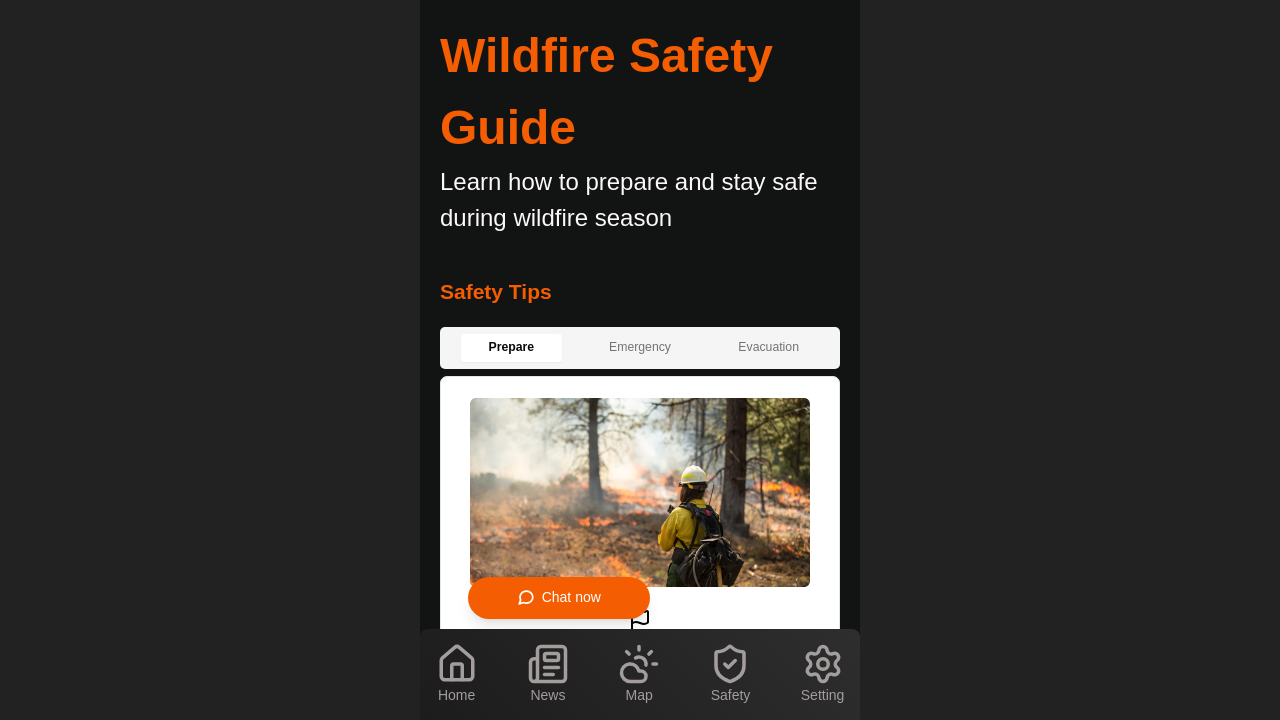
Repository: BCITKevin/Flare_IDSP
Page: /safety
The author's editor kept a copy of each file at every save. The page is drawn from the files as they stood at one save, then again after the next save.
The browser window is 1280 px wide. The pictures show the whole page.
An inner scrolling area shows only its first screen. Some web fonts or font styles are not loaded; a fallback is used. The project was rebuilt for these pictures with package versions that can differ from the ones it lists, and the page was loaded fresh each time. The framework's server and built-in components were replaced by stand-ins that run in the browser. Also part of the build but not shown: next.config.js, next.config.mjs.

Above is the page before, as saved 2024-11-30 07:08:04.

### src/app/layout.tsx
import type { Metadata } from "next";
import Script from 'next/script';
import "./globals.css";
import { BrowserRouter } from "react-router-dom";

export const metadata: Metadata = {
  title: "Flare",
  description: "Flare is disaster response platform.",
  manifest: "/manifest.json",
};

export default function RootLayout({
  children,
}: Readonly<{
  children: React.ReactNode;
}>) {
  return (
    <html lang="en">
        <head>
          <link rel="manifest" href="/manifest.json" />
          <link rel="icon" href="/favicon.ico" />
          <link rel="apple-touch-icon" href="/images/logo-192x192.png" />
          <link
            rel="stylesheet"
            href="https://cdnjs.cloudflare.com/ajax/libs/leaflet/1.9.4/leaflet.min.css"
            crossOrigin=""
          />
        </head>
        <body
          className={`antialiased`}
        >
          {children}
          <Script
            src="https://cdnjs.cloudflare.com/ajax/libs/leaflet/1.9.4/leaflet.min.js"
            strategy="beforeInteractive"
            crossOrigin=""
          />
        </body>
    </html>
  );
}

### src/app/safety/page.tsx
'use client';

import { Tabs, TabsContent, TabsList, TabsTrigger } from "@/components/ui/tabs";
import {
    Card,
    CardContent,
    // CardDescription,
    // CardFooter,
    CardHeader,
    // CardTitle,
} from "@/components/ui/card"
import styles from "./safety.module.css"
import { Backpack, Map, Flag } from "lucide-react";
import prepareHero from "../public/images/prepareHero.png"
import evacHero from "../public/images/EvacHero.png"
import emergencyHero from "../public/images/EmergencyHero.png"
import BottomNavBar from "@/components/BottomNavBar/BottomNavBar";
import React from "react";

import { useState } from "react";
import Image from "next/image";

type Message = {
    text: string;
    sender: string;
};

// Card can be reformatted into a reusable component

export default function Safety() {
    const [showChat, setShowChat] = useState(false);
    const [activeTab, setActiveTab] = useState('Prepare');
    const [prevMsg, setMsg] = useState<Message[]>([
        { text: "Hello! Is there anything about wildfires I could help you with today?", sender: 'bot' },
    ]);


    async function handleSubmit(e: React.FormEvent<HTMLFormElement>) {
        e.preventDefault()

        try {
            const message = (document.querySelector('#message') as HTMLInputElement)?.value;
            (document.querySelector('#message') as HTMLInputElement).value = '';

            console.log(message);
            setMsg((prevMsg) => [...prevMsg, { text: message, sender: 'user' }]);

            const res = await fetch('/api/safety', {
                method: 'POST',
                headers: {
                    'Content-Type': 'application/json',
                },
                body: JSON.stringify({ message }),
            });

            if (!res.ok) {
                console.error();
                throw new Error('OOPS, SOMETHIN WRONG WITH BOT');
            }
            const data = await res.json();

            const botResponse = data.chat.content || "Sorry, I can't process your request. Please try again";

            setMsg((prevMsg) => [...prevMsg, { text: botResponse, sender: 'bot' }]);

            console.log('from gpt: ', botResponse);
        }
        catch (err) {
            console.error(err);
        }
    }

    const prepareText = `
    <strong>Stay informed:</strong> It’s crucial to stay updated on emergency alerts and evacuation orders issued by local authorities. Regularly check with Flare and turn on notifications and stay updated with the news. These alerts provide critical information about wildfire locations, safe zones, and road closures.
    <br><br>
    <strong>Assemble an emergency kit:</strong> Include:
    <ul>
        <li>- First aid supplies, such as bandages, antiseptics, and pain relievers.</li>
        <li>- Enough non-perishable food and water to sustain your household for at least 3 days.</li>
        <li>- Flashlights with spare batteries, a multi-tool, a whistle for signaling, and a fire extinguisher.</li>
        <li>- Personal hygiene items, blankets, and clothing suitable for various weather conditions.</li>
    </ul>
    <br>
    <strong>Follow evacuation routes:</strong> Use the safest, predefined routes recommended by local authorities. Avoid unfamiliar roads that could be blocked or unsafe. Always have a physical map in case of GPS or mobile network failure.
    <br><br>
    <strong>Leave as early as possible:</strong> Don’t wait until the last moment to evacuate. Early action reduces risks and allows emergency responders to focus on critical areas. Traffic congestion and panic during last-minute evacuations can pose additional dangers.
    <br><br>
    <strong>Assist neighbors if possible:</strong> Check on those in your community who may need help, especially the elderly, people with disabilities, or families without transportation. Offer support by carpooling or sharing resources.
    <br><br>
    <strong>Keep your vehicle ready:</strong> Ensure your vehicle is in good condition with a full gas tank. Keep the keys easily accessible, park the car facing outward for a quick exit, and load essential items in advance to save time during an emergency.
    <br><br>
    <strong>Practice your evacuation plan:</strong> Conduct regular drills with your household to ensure everyone knows their roles and responsibilities. Familiarity with the process can reduce stress and confusion during an actual emergency.
    <br><br>
    <strong>Create a defensible space around your home:</strong> Clear dry leaves, branches, and other flammable materials at least 30 feet from your home. Trim tree branches to a height of at least 6 feet to prevent fire from climbing. Regularly maintain gutters and roofs by removing debris. Store firewood and other combustible items far from structures.
    <br><br>
    `;


    const emergencyText = `
    <strong>If you are in danger, contact emergency services immediately:</strong> Dial the emergency hotline 911 if your safety is compromised. Or  call 1 800 663-5555 toll-free or <strong>*5555</strong> on a cellphone to report a wildfire. Clearly state your location and the nature of the emergency to ensure responders can locate you quickly. Avoid using the line for non-critical updates to keep it free for those in immediate need.
    <br><br>
    <strong>Stay inside if safe:</strong> If evacuation is not possible, shelter in place in a safe room. Select an area with minimal windows and external doors, preferably one located at the center of your home or on the opposite side of the fire’s path. Keep the space stocked with basic necessities, including water, flashlights, and communication devices.
    <br><br>
    <strong>Block air entry:</strong> Use duct tape, wet towels, or other materials to seal gaps around doors and windows to prevent smoke infiltration. Shut off HVAC systems and close vents to further limit the entry of hazardous air.
    <br><br>
    <strong>Listen to official information:</strong> Stay tuned to updates from local authorities via radio, mobile apps, or reliable online sources. Avoid spreading or acting on unverified information that may cause unnecessary panic.
    <br><br>
    <strong>Use face coverings:</strong> If you need to go outside or smoke enters your shelter, use wet towels, bandanas, or certified N95 masks to filter harmful particles. This is especially important for individuals with respiratory issues, the elderly, and young children.
    <br><br>
    <strong>Stay hydrated:</strong> Drink plenty of water to combat dehydration caused by heat and smoke inhalation. Avoid alcohol or caffeinated drinks, which can exacerbate dehydration. If possible, keep oral rehydration salts or electrolyte drinks on hand.
    <br><br>
    <strong>Be prepared for power outages:</strong> Wildfires may disrupt electricity. Keep flashlights, extra batteries, and a manual crank radio available. Charge your devices in advance and consider using portable power banks.
    <br><br>
    <strong>Plan for communication:</strong> If mobile networks are down, use walkie-talkies or pre-established signals with neighbors and family to communicate effectively.
    <br><br>
    <strong>Protect pets and livestock:</strong> Keep your pets in a secure area with food and water. If possible, move livestock to open areas far from fire hazards.
    <br><br>
    <strong>Monitor air quality:</strong> Use air purifiers indoors if available and check air quality levels through official channels to minimize smoke-related health risks.
    `;


    const evacuationText = `
    <strong>Develop a family emergency plan:</strong> Create a detailed emergency plan that includes designated meeting spots, multiple communication strategies, and escape routes for different scenarios. Assign responsibilities to each family member and rehearse the plan frequently to ensure everyone is prepared.
    <br><br>
    <strong>Prepare to leave immediately:</strong>
    - Ensure you have gathered all essential items ahead of time to avoid delays. These include:
    <br><br>
    <ul>
        <li>- <strong>Medications</strong>, including prescription drugs and a basic first aid kit for minor injuries.</li>
        <li>- <strong>Important documents</strong>, such as government-issued IDs, insurance papers, property deeds, and emergency contact information.</li>
        <li>- Your <strong>emergency kit</strong> as outlined in the prepare section</li>
        <li>- Personal items like clothing, toiletries, and any essential supplies for infants, pets, or elderly family members.</li>
    </ul>
    <br>
    <strong>Keep important documents ready:</strong> Store essential documents like birth certificates, passports, medical records, and insurance policies in a waterproof, fireproof safe. Back up digital copies to cloud storage or an external hard drive.
    <br><br>
    <strong>Know your local risk level:</strong> Familiarize yourself with wildfire risks in your area by consulting local government websites and fire risk maps. Participate in community evacuation drills to understand the best practices and routes in case of an emergency.
    <br><br>
    <strong>Sign up for emergency alerts:</strong> Subscribe to wildfire and weather warning systems offered by local authorities.
    <br><br>
    <strong>Invest in fire-resistant building materials:</strong> Upgrade your home with fire-resistant roofing, siding, and windows. Install ember-resistant vents to prevent sparks from entering your home.
    <br><br>
    <strong>Prepare your vehicle:</strong> Keep your car in good working condition, with a full gas tank and an emergency kit inside. Include maps, a spare tire, tools, and extra supplies to ensure mobility during an evacuation.
    <br><br>
    <strong>Coordinate with your neighbors:</strong> Work together with your community to create a wildfire response plan. Share resources, such as tools and safety tips, to enhance collective preparedness.
    <br><br>
    <strong>Learn fire suppression techniques:</strong> Take basic training on how to use a fire extinguisher and other suppression tools effectively. Know when to evacuate instead of attempting to combat the fire yourself.
    <br><br>
    <strong>Advocate for local safety measures:</strong> Encourage local governments to implement wildfire prevention strategies, such as controlled burns, community fuel breaks, and infrastructure upgrades.
    `;




    return (
        <body className="min-h-screen overflow-y-auto">
            <div className="safetyLayout h-full overflow-y-auto mb-44">
                <div className={`mb-12 ${styles.safetyHeading}`}>
                    <h1>
                        Wildfire Safety Guide
                    </h1>
                    <h3 className={styles.whiteText}>
                        Learn how to prepare and stay safe during wildfire season
                    </h3>
                </div>
                {/* <Card className="p-5 mt-3 transition-all duration-300 hover:shadow-lg border-l-4 border-l-orange-500">
                    <CardHeader className="p-0 mb-3">
                        <div className="flex items-center gap-2">
                            <strong className={`${styles.articleBody} text-lg`}>
                                Based on your Location and Recent Weather
                            </strong>
                        </div>
                    </CardHeader>
                    <CardContent className="p-0">
                        <div className="flex flex-col gap-2">
                            <p className={`${styles.articleBody} leading-relaxed`}>
                                Consider bringing:
                            </p>
                            <ul className="list-disc ml-5 space-y-1">
                                <li className={styles.articleBody}>Extra water (1 gallon per person)</li>
                                <li className={styles.articleBody}>Cooling towels</li>
                                <li className={styles.articleBody}>Sun protection (hat, sunscreen)</li>
                            </ul>
                        </div>
                    </CardContent>
                </Card> */}
                <div className={`${styles.safetyHeading} mb-6 mt-6`}>
                    <h3 className="text-2xl font-bold">
                        Safety Tips
                    </h3>
                </div>
                <div className="mt-2">
                <Tabs defaultValue="Prepare" className="w-full flex flex-col" onValueChange={setActiveTab}>
                        <TabsList className="space-x-8 p-6">
                            <TabsTrigger value="Prepare" className={`w-full ${activeTab === 'Prepare' ? styles.activeTab : ''}`}>Prepare</TabsTrigger>
                            <TabsTrigger value="Emergency" className={`w-full ${activeTab === 'Emergency' ? styles.activeTab : ''}`}>Emergency</TabsTrigger>
                            <TabsTrigger value="Evacuation" className={`w-full ${activeTab === 'Evacuation' ? styles.activeTab : ''}`}>Evacuation</TabsTrigger>
                        </TabsList>
                        <TabsContent value="Prepare">
                            <Card className={`${styles.card} p-6 flex flex-col items-center mb-24`}>
                                <Image src={prepareHero} width={340} height={189} alt="a rescue worker looking towards a wildfire" />
                                <Flag color="black" className="m-6" />
                                <p dangerouslySetInnerHTML={{ __html: prepareText }} className={styles.articleBody} />
                            </Card>
                        </TabsContent>
                        <TabsContent value="Emergency">
                            <Card className={`${styles.card} p-6 flex flex-col items-center mb-24`}>
                                <Image src={emergencyHero} width={340} height={189} alt="a rescue worker looking towards a wildfire" />
                                <Backpack color="black" className="m-6" />
                                <p dangerouslySetInnerHTML={{ __html: emergencyText }} className={styles.articleBody} />
                            </Card>
                        </TabsContent>
                        <TabsContent value="Evacuation">
                            <Card className={`${styles.card} p-6 flex flex-col items-center mb-24`}>
                                <Image src={evacHero} width={340} height={189} alt="a rescue worker looking towards a wildfire" />
                                <Map color="black" className="m-6" />
                                <p dangerouslySetInnerHTML={{ __html: evacuationText }} className={styles.articleBody} />
                            </Card>
                        </TabsContent>
                    </Tabs>
                </div>
                {showChat ? (
                    <>
                        <div className="justify-center items-center flex overflow-x-hidden overflow-y-auto fixed inset-0 z-50 outline-none focus:outline-none">
                            <div className="relative w-full h-full mx-auto max-w-3xl px-4 pt-6 pb-24">
                                <div className="border-0 rounded-lg shadow-lg relative flex flex-col w-full h-full bg-white outline-none focus:outline-none">
                                    {/* Header */}
                                    <div className="flex items-center justify-between p-4 border-b border-solid border-gray-200">
                                        <h3 className="text-lg font-semibold text-gray-900">Flare Assistant</h3>
                                        <button
                                            className="p-1 ml-auto border-0 text-black float-right text-3xl leading-none font-semibold"
                                            onClick={() => setShowChat(false)}
                                        >
                                            ×
                                        </button>
                                    </div>

                                    {/* Chat Messages */}
                                    <div className="relative p-4 flex-auto overflow-y-auto">
                                        {prevMsg.map((msg, i) => (
                                            <div key={i} className={`flex ${msg.sender === 'user' ? 'justify-end' : 'justify-start'} mb-4`}>
                                                <div className={`rounded-lg px-4 py-2 max-w-[80%] ${
                                                    msg.sender === 'user'
                                                    ? 'bg-[var(--orange)] text-white'
                                                    : 'bg-gray-100 text-gray-800'
                                                }`}>
                                                    {msg.text}
                                                </div>
                                            </div>
                                        ))}
                                    </div>

                                    {/* Input Form */}
                                    <div className="border-t border-solid border-gray-200 p-4">
                                        <form onSubmit={handleSubmit} className="flex gap-2">
                                            <input
                                                type="text"
                                                id="message"
                                                placeholder="Type your message..."
                                                className="flex-grow px-4 py-2 border border-gray-300 rounded-full focus:outline-none focus:border-[var(--orange)]"
                                            />
                                            <button
                                                type="submit"
                                                className="bg-[var(--orange)] text-white rounded-full px-6 py-2"
                                            >
                                                Send
                                            </button>
                                        </form>
                                    </div>
                                </div>
                            </div>
                        </div>
                        <div className="opacity-25 fixed inset-0 z-40 bg-black"></div>
                    </>
                ) : null}
                <div className="flex flex-col fixed bottom-24 rounded-md px-6 py-3 m-2 items-center gap-4 transition-all duration-300">
                    {/* <div>
                        <span className="flex justify-center text-white ">Flare Assistant</span>
                        <p className="text-white text-base">Ask us about how you can stay safe</p>
                    </div> */}
                    <button
                        className="flex justify-center bg-[var(--orange)] text-white rounded-full shadow-lg transition-all duration-300 flex items-center gap-2 px-4 py-2 w-3/4 hover:border-2 hover:border-white box-border w-52 h-12"
                        onClick={() => setShowChat(true)}
                    >
                        <img src="/icons/message-circle.svg" alt="chatbot icon" className="w-5 h-5 filter invert brightness-0" />
                        <span>Chat now</span>
                    </button>
                </div>
            </div>
            <BottomNavBar />
        </body>
    )
}

### src/components/ui/card.tsx
import * as React from "react"

import { cn } from "@/lib/utils"

const Card = React.forwardRef<
  HTMLDivElement,
  React.HTMLAttributes<HTMLDivElement>
>(({ className, ...props }, ref) => (
  <div
    ref={ref}
    className={cn(
      "rounded-lg border border-neutral-200 bg-white text-neutral-950 shadow-sm dark:border-neutral-800 dark:bg-neutral-950 dark:text-neutral-50",
      className
    )}
    {...props}
  />
))
Card.displayName = "Card"

const CardHeader = React.forwardRef<
  HTMLDivElement,
  React.HTMLAttributes<HTMLDivElement>
>(({ className, ...props }, ref) => (
  <div
    ref={ref}
    className={cn("flex flex-col space-y-1.5", className)}
    {...props}
  />
))
CardHeader.displayName = "CardHeader"

const CardTitle = React.forwardRef<
  HTMLParagraphElement,
  React.HTMLAttributes<HTMLHeadingElement>
>(({ className, ...props }, ref) => (
  <h3
    ref={ref}
    className={cn(
      "text-2xl font-semibold leading-none tracking-tight",
      className
    )}
    {...props}
  />
))
CardTitle.displayName = "CardTitle"

const CardDescription = React.forwardRef<
  HTMLParagraphElement,
  React.HTMLAttributes<HTMLParagraphElement>
>(({ className, ...props }, ref) => (
  <p
    ref={ref}
    className={cn("text-sm text-neutral-500 dark:text-neutral-400", className)}
    {...props}
  />
))
CardDescription.displayName = "CardDescription"

const CardContent = React.forwardRef<
  HTMLDivElement,
  React.HTMLAttributes<HTMLDivElement>
>(({ className, ...props }, ref) => (
  <div ref={ref} className={cn("pt-6", className)} {...props} />
))
CardContent.displayName = "CardContent"

const CardFooter = React.forwardRef<
  HTMLDivElement,
  React.HTMLAttributes<HTMLDivElement>
>(({ className, ...props }, ref) => (
  <div
    ref={ref}
    className={cn("flex items-center pt-6", className)}
    {...props}
  />
))
CardFooter.displayName = "CardFooter"

export { Card, CardHeader, CardFooter, CardTitle, CardDescription, CardContent }

### src/app/safety/safety.module.css

.safetyHeading {
    color: var(--orange);
}

.articleBody {
    color: var(--black);
}

.articleBody *{
    color: var(--black);
}

.whiteText {
    color: var(--white);
}

.activeTab {
    box-shadow: 0 4px 6px rgba(0,0,0, 0.3);
    font-weight: bold;
    transition: ease-in-out 0.2s;
}

@media only screen and (max-width: 600px) {
    .appLayout {
      overflow-y: scroll;
      padding-bottom: 8rem;
  }
}

### src/components/BottomNavBar/BottomNavBar.module.css
.navContainer {
  position: fixed;
  bottom: 0;
  width: 440px;

  display: flex;
  align-items: flex-end;
  gap: 18px;
  justify-content: space-around;

  color: var(--l-grey);
  border-radius: 8px 8px 0 0;
  background: linear-gradient(45deg, #1c1c1c 0.25%, #2e2e2e 99.75%);
}

.navIcon {
  display: flex;
  flex-direction: column;
  align-items: center;
  transition: color 0.3s, transform 0.3s, background-color 0.3s;
  padding: 1rem 12px;
  border-radius: 8px;
}

.navIcon:hover {
  color: #000000;
  transform: translateY(-2px);

  background-color: var(--white);
}

.active {
  color: grey; /* 활성화 시 색상 */
  transform: scale(1.1);
  background-color: #2b2b2b;
}

Loaded but not shown: src/lib/utils.ts (common file); src/app/globals.css (310 lines, source omitted); src/components/BottomNavBar/BottomNavBar.jsx (106 lines, source omitted); tailwind.config.ts (96 lines, source omitted); src/components/ui/tabs.tsx (55 lines, source omitted)

After the next save:
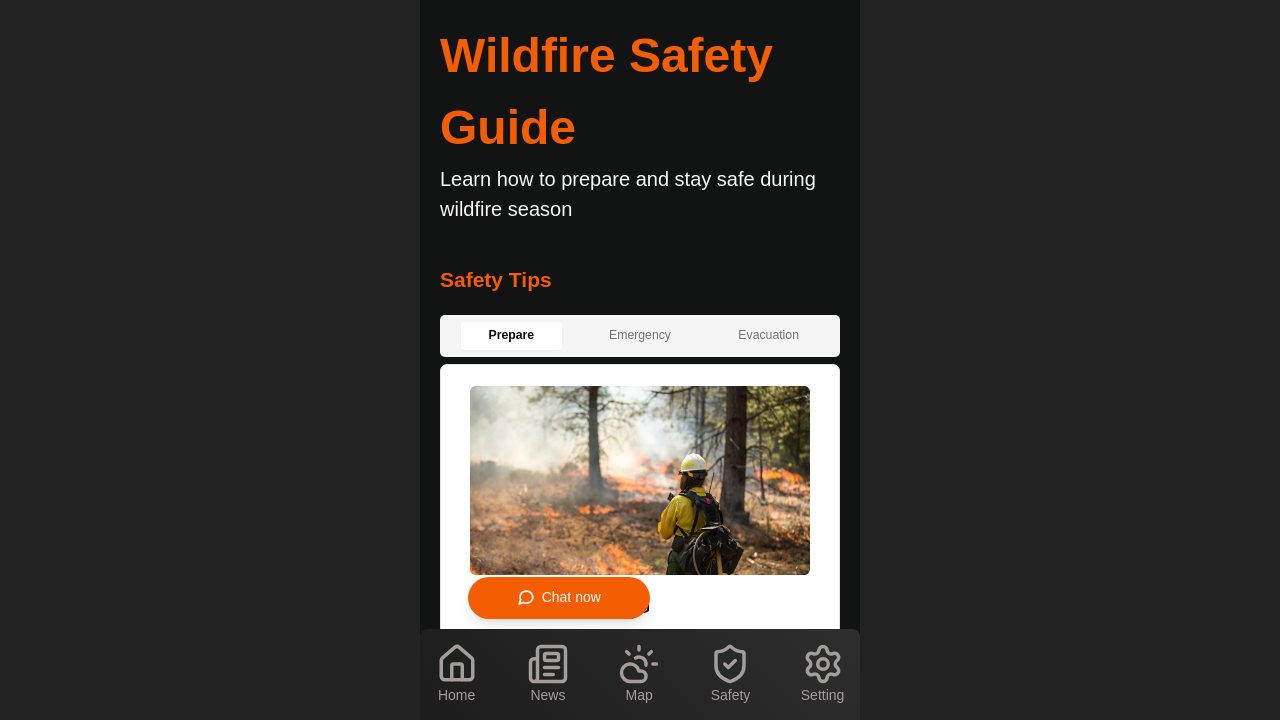
Saved 11 s later.
--- a/src/app/safety/page.tsx
+++ b/src/app/safety/page.tsx
@@ -159,9 +159,9 @@ export default function Safety() {
                     <h1>
                         Wildfire Safety Guide
                     </h1>
-                    <h3 className={styles.whiteText}>
+                    <h4 className={styles.whiteText}>
                         Learn how to prepare and stay safe during wildfire season
-                    </h3>
+                    </h4>
                 </div>
                 {/* <Card className="p-5 mt-3 transition-all duration-300 hover:shadow-lg border-l-4 border-l-orange-500">
                     <CardHeader className="p-0 mb-3">
